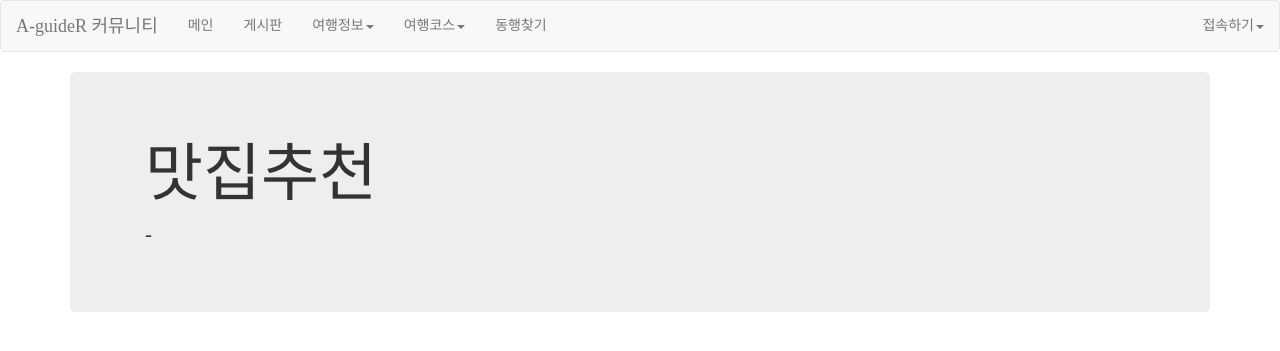
Repository: endol007/TripPuzzle
Page: http://localhost/BBS/inforestaurant.jsp
An editor plug-in stored every save of this project. The page is shown before and after the next save, followed by the edit.
The browser window is 1280 px wide. The pictures show the whole page.
Some web fonts or font styles are not loaded; a fallback is used. Some web libraries are served in a nearby version. The page is served by Tomcat 9.

Above is the page before, as saved 2019-08-21 15:56:13.

After the next save:
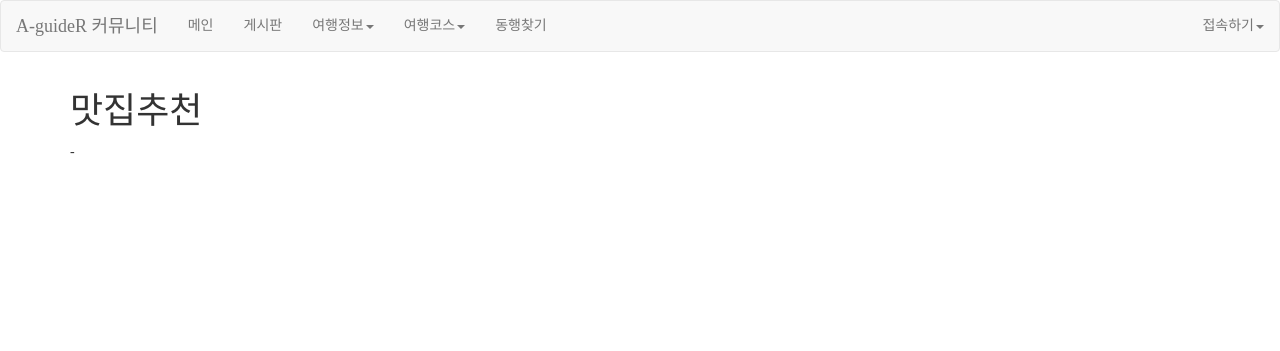
Saved 8 min 12 s later.
--- a/Yun/JSP 커뮤니티/Project/BBS/WebContent/inforestaurant.jsp
+++ b/Yun/JSP 커뮤니티/Project/BBS/WebContent/inforestaurant.jsp
@@ -83,12 +83,10 @@
 </div>
 </nav>
 <div class="container">
-<div class="jumbotron">
-<div class="container">
+
 <h1>맛집추천</h1>
 <p>-</p>
-</div>
-</div>
+
 </div>
 <script src="http://code.jquery.com/jquery-3.1.1.min.js"></script>
 <script src=js/bootstrap.js></script>
